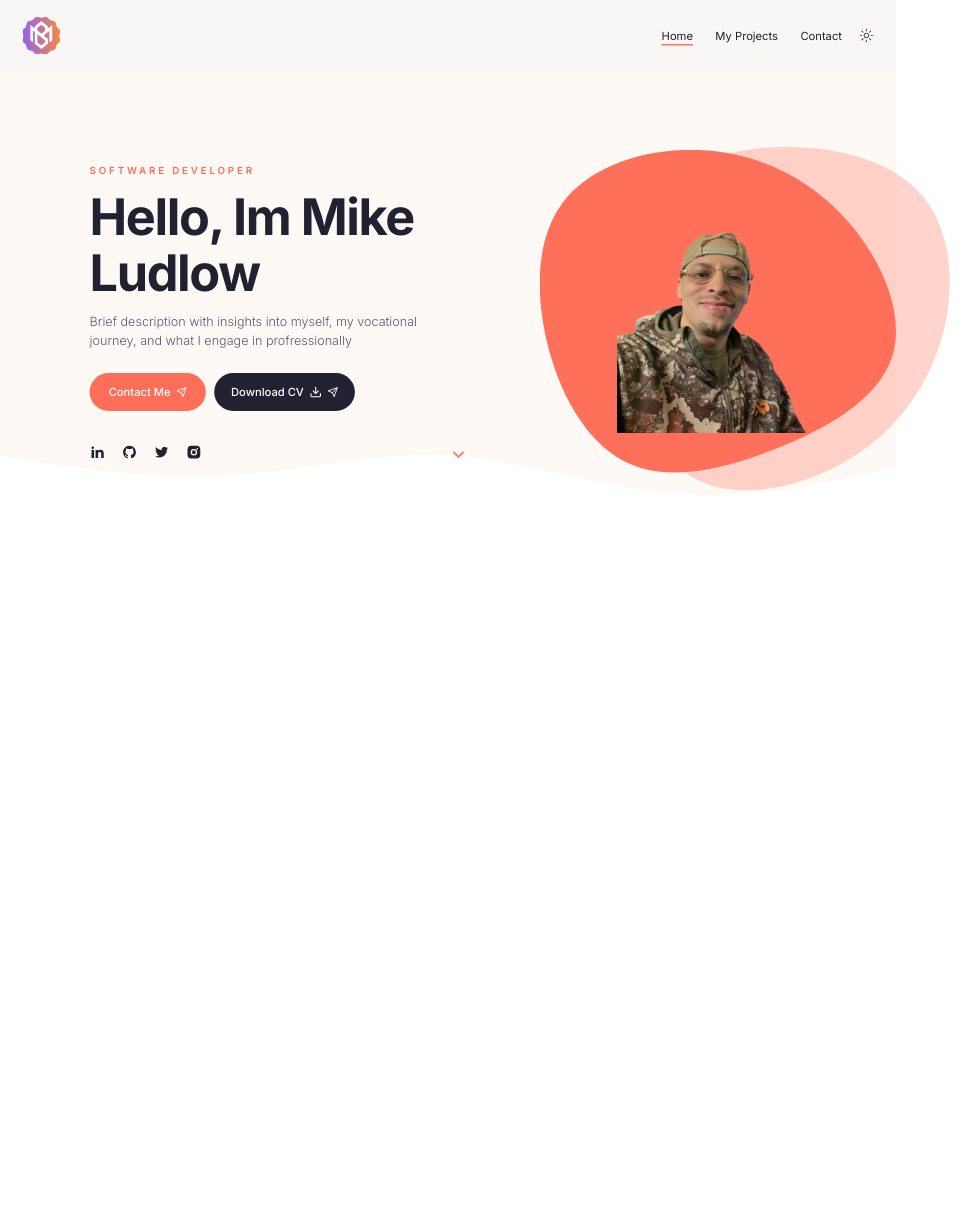
Repository: MikeeBuilds/mike-port
Page: /
The author's editor kept a copy of each file at every save. The page is drawn from the files as they stood at one save, then again after the next save.
The browser window is 1280 px wide. The page is 1398 px wide, then 1312 px, so the pictures cover 1398 px, including what lies to the right of the window. The pictures show the part of the page from y = 0 to 1760 px (the page is 4731 px tall), at 70% of full size.
The project was rebuilt for these pictures with package versions that can differ from the ones it lists, and the page was loaded fresh each time. The framework's server and built-in components were replaced by stand-ins that run in the browser. Also part of the build but not shown: next.config.js, components/Badge.jsx.

Above is the page before, as saved 2023-11-30 11:22:18.

After the next save:
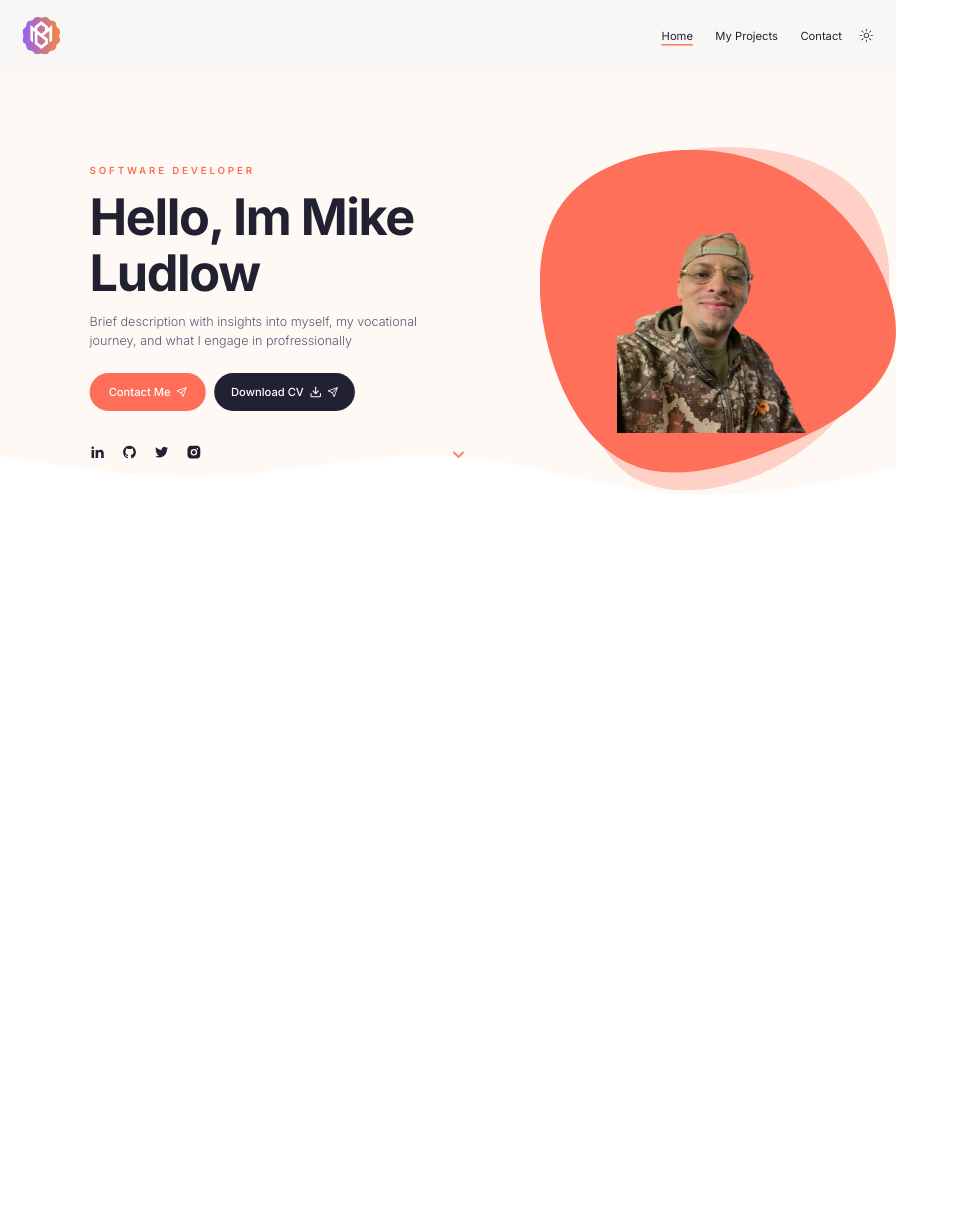
Saved 5 s later.
--- a/components/Hero.jsx
+++ b/components/Hero.jsx
@@ -50,7 +50,7 @@ const Hero = () => {
         </div>
         {/* image */}
         <div className="hidden xl:flex relative">
-          <div className="bg-hero_shape2_light dark:bg-hero_shape2_dark w-[500px] h-[500px] bg-no-repeat absolute -top-1 left-32"></div>
+          <div className="bg-hero_shape2_light dark:bg-hero_shape2_dark w-[500px] h-[500px] bg-no-repeat absolute -top-1 -right-8"></div>
           <DevImg containerStyles="bg-hero_shape w-[510px] h-[462px] bg-no-repeat relative bg-bottom" imgSrc='/hero/developer.png'/>
         </div>
         {/* icon */}
